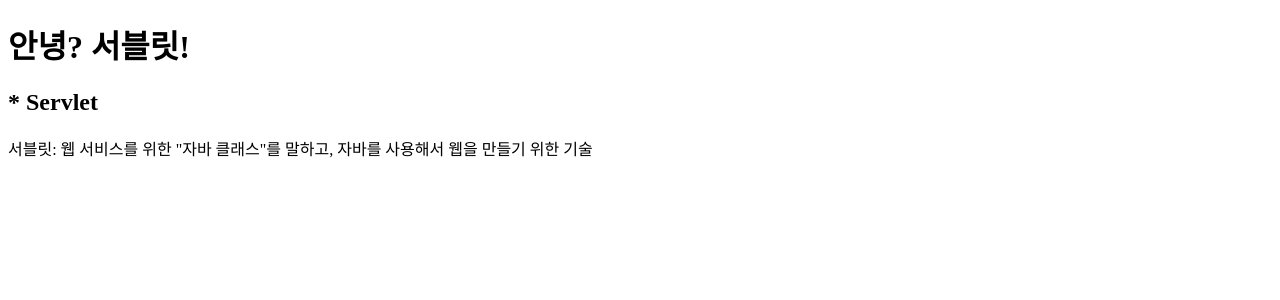
Repository: smjae96/Backup
Page: 5_Servlet/1_Servlet/src/main/webapp/index.html
These files come from the project's save history. The page is drawn as it stood at one moment and after the next save; the edit follows.
The browser window is 1280 px wide. The pictures show the whole page.

Above is the page before, as saved 2024-03-05 02:02:31.

After the next save:
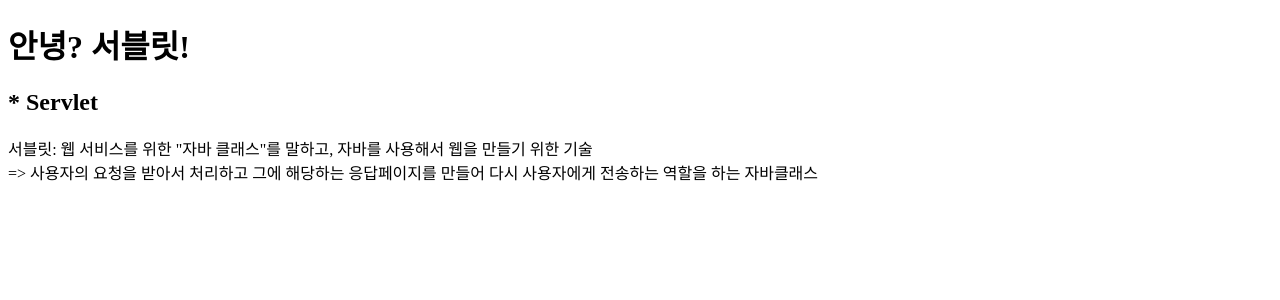
Saved 41 s later.
--- a/5_Servlet/1_Servlet/src/main/webapp/index.html
+++ b/5_Servlet/1_Servlet/src/main/webapp/index.html
@@ -10,7 +10,8 @@
 	<h2>* Servlet</h2>
 
 	<p>
-		서블릿: 웹 서비스를 위한 "자바 클래스"를 말하고, 자바를 사용해서 웹을 만들기 위한 기술
+		서블릿: 웹 서비스를 위한 "자바 클래스"를 말하고, 자바를 사용해서 웹을 만들기 위한 기술 <br>
+		=> 사용자의 요청을 받아서 처리하고 그에 해당하는 응답페이지를 만들어 다시 사용자에게 전송하는 역할을 하는 자바클래스
 	</p>
 </body>
 </html>
